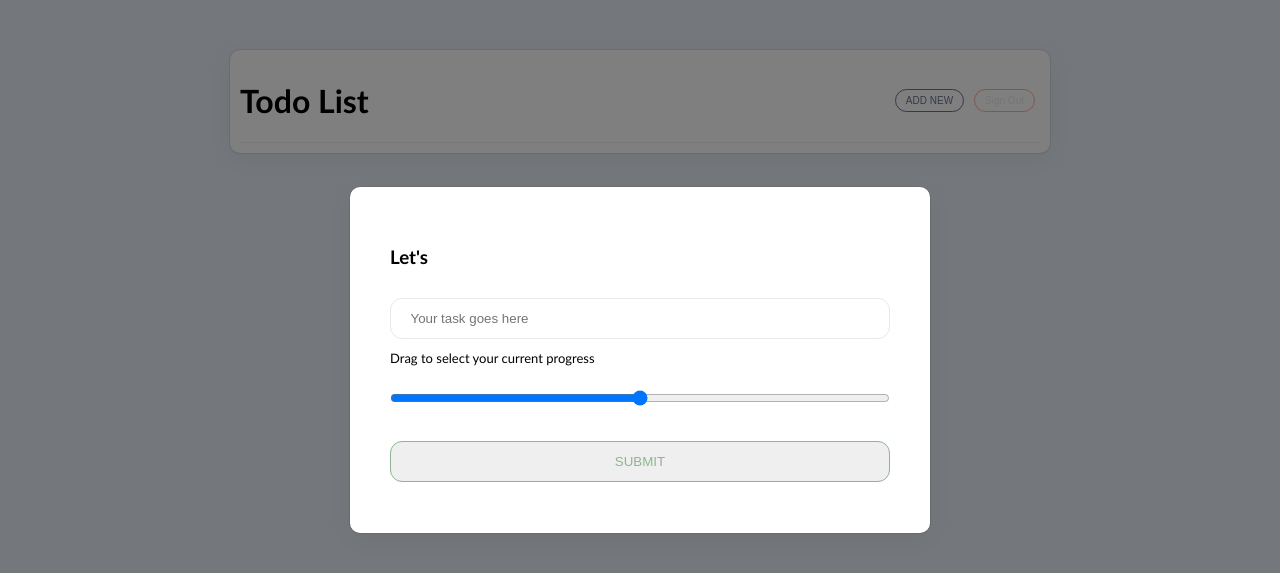
Repository: mosesvk/_todo
Page: / (app in client/)
The author's editor kept a copy of each file at every save. The page is drawn from the files as they stood at one save, then again after the next save.
The browser window is 1280 px wide. The pictures show the whole page.
The page's requests for data from a server got no answer. The project was rebuilt for these pictures with package versions that can differ from the ones it lists, and the page was loaded fresh each time. No one was signed in, and anything a server would have sent is missing. Also part of the build but not shown: client/vite.config.js, client/src/components/ProgressBar.jsx, client/src/components/ListItem.jsx. Imported but missing from the stored project, and not drawn on this page: client/src/components/TickIcon.

Above is the page before, as saved 2023-05-04 13:13:31.

### client/src/App.jsx
import { useState, useEffect } from 'react'
import ListHeader from './components/ListHeader'
import ListItem from './components/ListItem'

const App = () => {
  const userEmail = 'test@test.com'
  const [tasks, setTasks] = useState(null)

  const getData = async () => {

    try {
      const response = await fetch(`http://localhost:8000/todos/${userEmail}`)
      const json = await response.json()
      setTasks(json)
    } catch (err) {
      console.error(err)
    }
  }

  useEffect(() => {
    getData()
  }, [])

  // console.log(tasks)

  const sortedTasks = tasks?.sort((a, b) => new Date(a.date) - new Date(b.date))

  return (
    <div className='app'>
      <ListHeader listName='Todo List' />
      {sortedTasks?.map((task) => <ListItem key={task.id} task={task} />)}
    </div>
  )
}

export default App

### client/src/index.css
body {
  margin: 0;
  padding: 0;
  background-color: #e9f1f9;
  display: flex;
  justify-content: center;
  font-family: 'Trebuchet MS', Arial, sans-serif;
}

.app {
  background-color: #ffffff;
  box-shadow: #0000000d 0 6px 24px, #00000014 0 0 0 1px;
  border-radius: 10px;
  padding: 10px;
  width: 800px;
  margin: 50px;
}

.button-container,
.info-container {
  display: flex;
  align-items: center;
}

.button-container button {
  margin: 0 5px;
  padding: 5px 10px;
  font-size: 10px;
  border-radius: 12px;
  background-color: transparent;
  cursor: pointer;
}


.edit {
    border: 1.5px solid #8db591;
    color: #8db591;
    text-transform: uppercase;
}

.edit:hover {
    background-color: #b6dfba;
}

.edit:active {
    border: 1.5px solid rgb(141, 181, 145);
    color: rgb(255, 255, 255);
    background-color: rgb(141, 181, 145);
}

.delete {
    border: 1.5px solid rgb(255, 175, 163);
    color: rgb(255, 175, 163);
    text-transform: uppercase;
}

.delete:hover {
    background-color: rgb(255, 201, 193);
}

.delete:active {
    background-color: rgb(255, 175, 163);
    color: rgb(255, 255, 255);
}

.create {
    border: 1.5px solid rgb(108, 115, 148);
    color: rgb(108, 115, 148);
    text-transform: uppercase;
}

.create:hover {
    background-color: rgb(131, 138, 172);
}

.create:active {
    background-color: rgb(108, 115, 148);
    color: rgb(255, 255, 255);
}

.signout {
    border: 1.5px solid rgb(255, 175, 163);
    background-color: rgb(255, 175, 163);
    color: rgb(234, 234, 234);
}

.signout:hover {
    background-color: rgb(175, 94 , 94) !important;
    border: 1.5px solid rgb(175, 94, 94);
}

.signout:active {
    border: 1.5px solid rgb(175, 81, 81);
    background-color: 1.5px solid rgb(175, 81, 81);
    color: rgb(255, 255, 255)
}


input {
    margin: 11px 0;
    padding: 12px 16px;
    border-radius: 12px;
    border: 1.5px solid rgb(230, 232, 236)
}


/* List Header  */

.list-header {
  width: 100%;
  display: flex;
  justify-content: space-between;
  border-bottom: #0000000d 1px solid;
}

.list-item {
  width: 100%;
  margin: 10px 0;
  border-radius: 10px;
  box-shadow: #00000014 0 0 0 1px;
  display: flex;
  justify-content: space-between;
}

.check {
  stroke: '#5dac83' !important;
  margin-right: 10px;
}


/* Modal  */

.overlay {
    position: absolute;
    left: 0;
    top: 0;
    width: 100vw;
    height: 100vh;
    background-color: rgba(0, 0, 0, 0.5);
    display: flex;
    justify-content: center;
    align-items: center;
}

.modal {
    width: 500px;
    background-color: rgb(255, 255, 255);
    padding: 40px;
    border-radius: 10px;
    box-shadow: rgba(0, 0, 0, 0.05) 0 6px 24px 0, rgba(0, 0, 0, 0.08) 0 0 0 1px;
}

.modal .form-title-container {
    display: flex;
    justify-content: space-between;
}

.modal .form-title-container button {
    border: none;
    background-color: transparent;
}

.modal .form-title-container button:active {
    color: rgb(255, 50, 50)
}

.modal form {
    display: flex;
    flex-direction: column;
}

.modal label {
    font-size: 13px
}

### client/src/components/ListHeader.jsx
import React from 'react'
import Modal from './Modal'
import { useState } from 'react'

const ListHeader = ({listName}) => {

  const [showModal, setShowModal] = useState(false)

  const signOut = () => {
    console.log('signout')
  }

  return (
    <div className='list-header'>
      <h1>{listName}</h1>
      <div className="button-container">
        <button className="create" onClick={() => setShowModal(true)}>Add New</button>
        <button className="signout" onClick={signOut}>Sign Out</button>
      </div>
      <Modal mode={'create'} />
    </div>
  )
}

export default ListHeader

### client/src/components/Modal.jsx
import {useState} from 'react';

const Modal = () => {
  const mode = 'create';
  const editMode = mode === 'edit' ? true : false;

  const [data, setData] = useState({
    user_email: '',
    title: '',
    progress: '',
    data: editMode ? '' : new Date()
  });

  const handleChange = (e) => {
    const { name, value } = e.target;

    setData((data) => ({
      ...data,
      [name]: value
    }));

    console.log(data)
  };

  return (
    <div className='overlay'>
      <div className='modal'>
        <div className='form-title-container'>
          <h3>Let's</h3>
        </div>

        <form>
          <input
            required
            maxLength={30}
            placeholder=' Your task goes here'
            name='title'
            value={data.title}
            onChange={handleChange}
          />
          <label for='range'>Drag to select your current progress</label>
          <input
            required
            id='range'
            type='range'
            min='0'
            max='100'
            name='progress'
            value={data.progress}
            onChange={handleChange}
          />
          <input className='edit' type='submit' />
        </form>
      </div>
    </div>
  );
};

export default Modal;

Loaded but not shown: client/index.html (common file); client/src/main.jsx (common file)

After the next save:
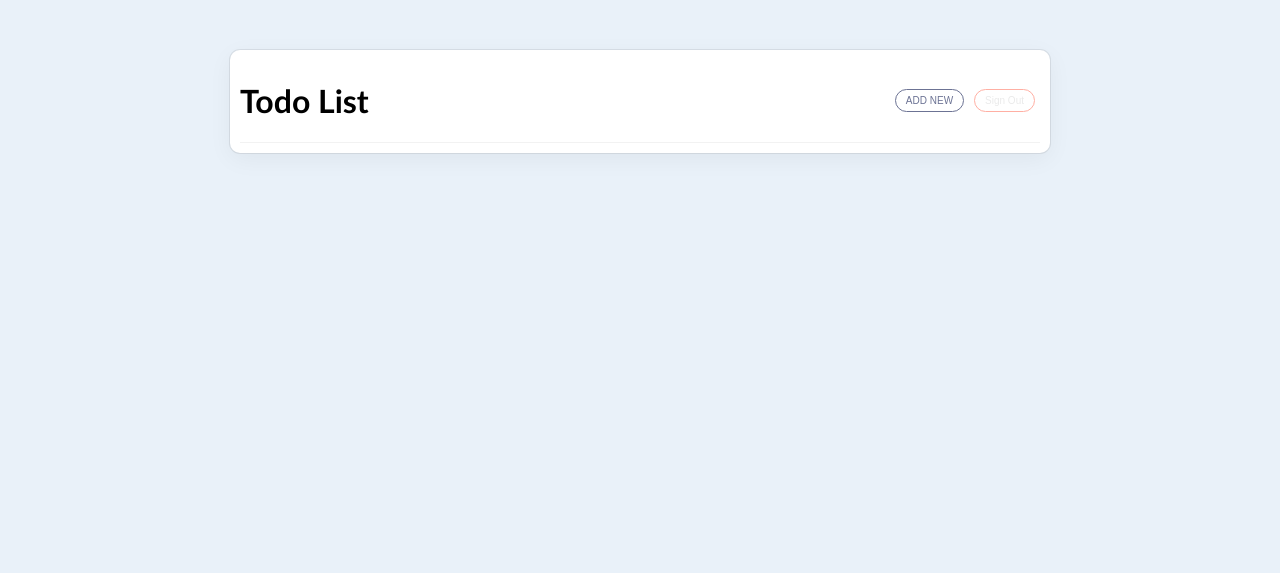
Saved 29 s later.
--- a/client/src/components/ListHeader.jsx
+++ b/client/src/components/ListHeader.jsx
@@ -17,7 +17,7 @@ const ListHeader = ({listName}) => {
         <button className="create" onClick={() => setShowModal(true)}>Add New</button>
         <button className="signout" onClick={signOut}>Sign Out</button>
       </div>
-      <Modal mode={'create'} />
+      {showModal && <Modal mode={'create'} />}
     </div>
   )
 }
